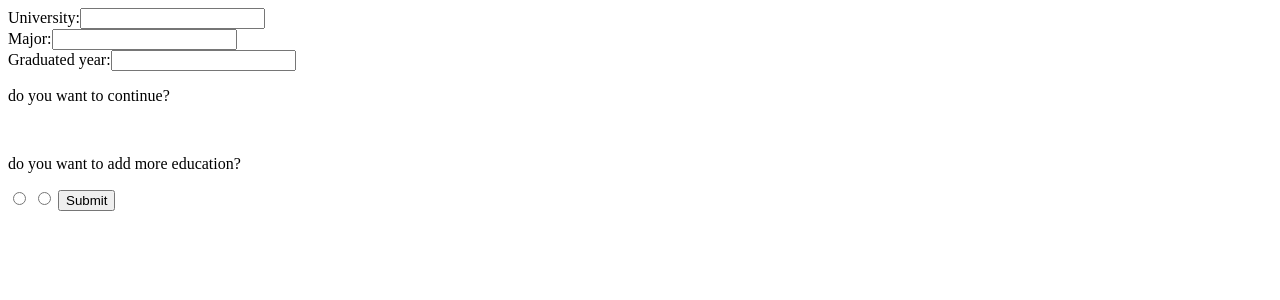
Repository: henokkeleta/SpringIt2
Page: http://localhost/WeekFour/Education_1.jsp
These files come from the project's save history. The page is drawn as it stood at one moment and after the next save; the edit follows.
The browser window is 1280 px wide. The pictures show the whole page.
The page is served by Tomcat 9.

Above is the page before, as saved 2017-06-16 16:07:25.

After the next save:
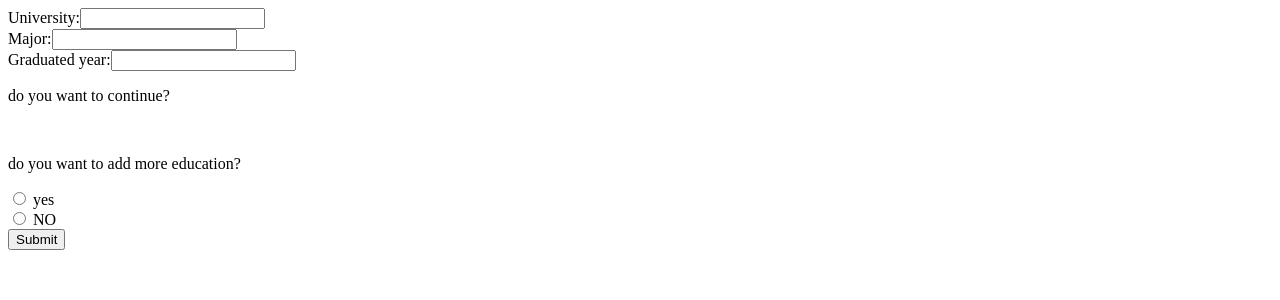
Saved 3 min 54 s later.
--- a/WeekFour/WebContent/Education_1.jsp
+++ b/WeekFour/WebContent/Education_1.jsp
@@ -15,8 +15,8 @@
  <!--radio-->
  <p> do you want to add more education?</p>
 
-  <input type="radio" name="more" value="yes">
-  <input type="radio" name="more" value="no">
+  <input type="radio" name="more" value="yes"> yes<br>
+  <input type="radio" name="more" value="no"> NO<br>
 
 
 <input type = "Submit" value = "Submit">
